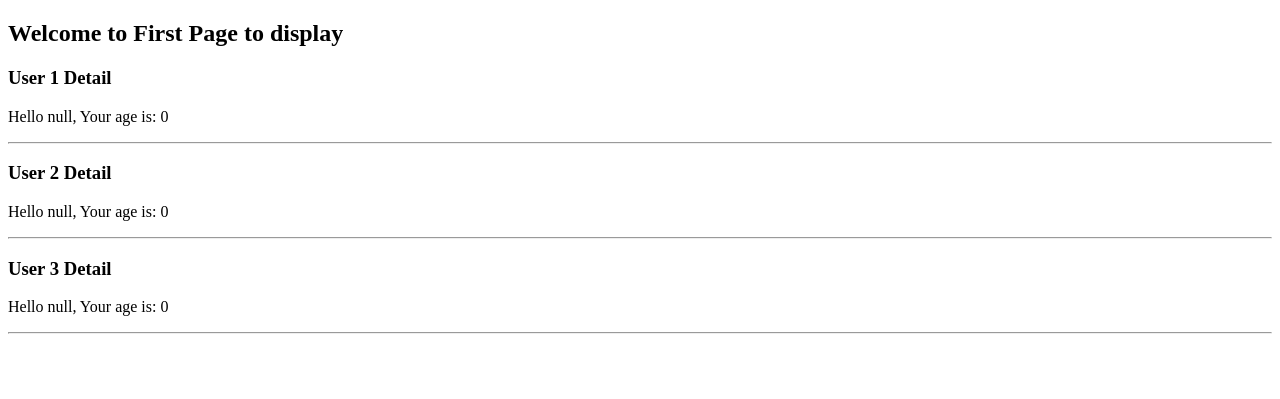
Repository: nikant20/Training
Page: http://localhost/javaee-jsp-demo/first.jsp
An editor plug-in stored every save of this project. The page is shown before and after the next save, followed by the edit.
The browser window is 1280 px wide. The pictures show the whole page.
The page is served by Tomcat 9.

Above is the page before, as saved 2018-09-20 09:55:20.

After the next save:
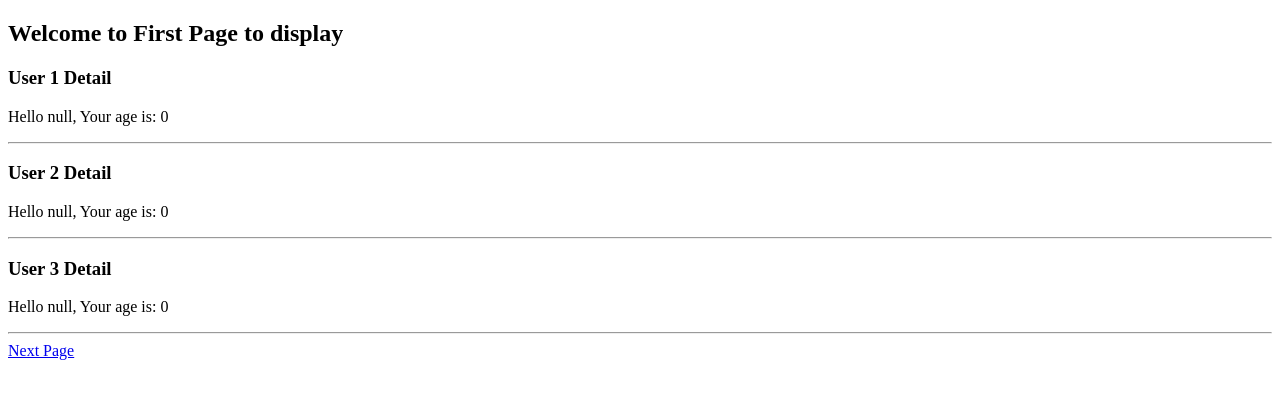
Saved 55 s later.
--- a/javaee-jsp-demo/WebContent/first.jsp
+++ b/javaee-jsp-demo/WebContent/first.jsp
@@ -28,6 +28,6 @@
 		   Your age is: <jsp:getProperty property="age" name="userKey3"/>
 		</p>
 		<hr>
-
+	<a href="Second.jsp">Next Page</a>
 </body>
 </html>
